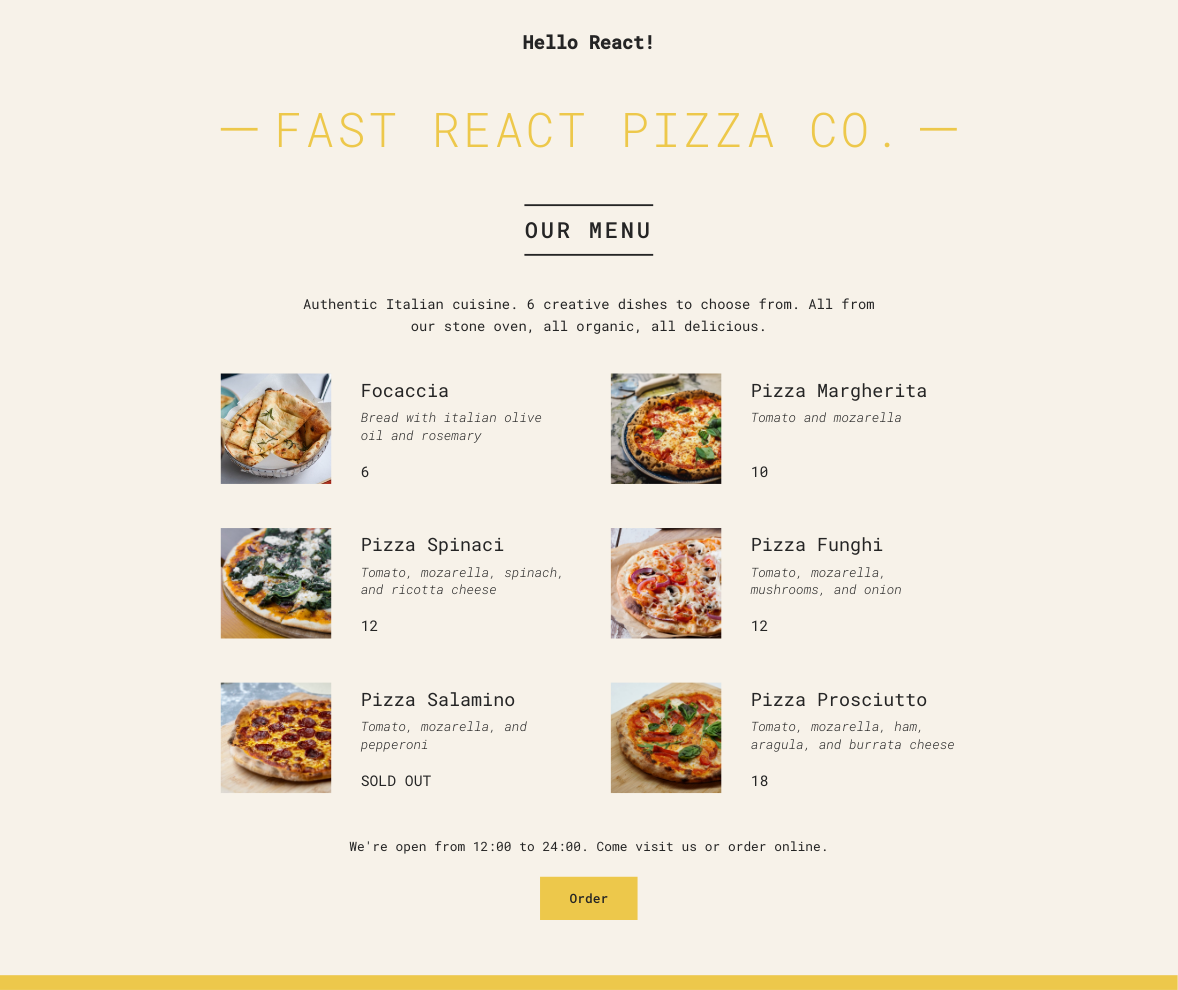
Repository: Alphosmart/03_pizza-menu
Page: /
An editor plug-in stored every save of this project. The page is shown before and after the next save, followed by the edit.
The browser window is 1280 px wide. The pictures show the whole page, at 92% of full size.
The project was rebuilt for these pictures with package versions that can differ from the ones it lists, and the page was loaded fresh each time.

Above is the page before, as saved 2024-06-18 00:46:15.

After the next save:
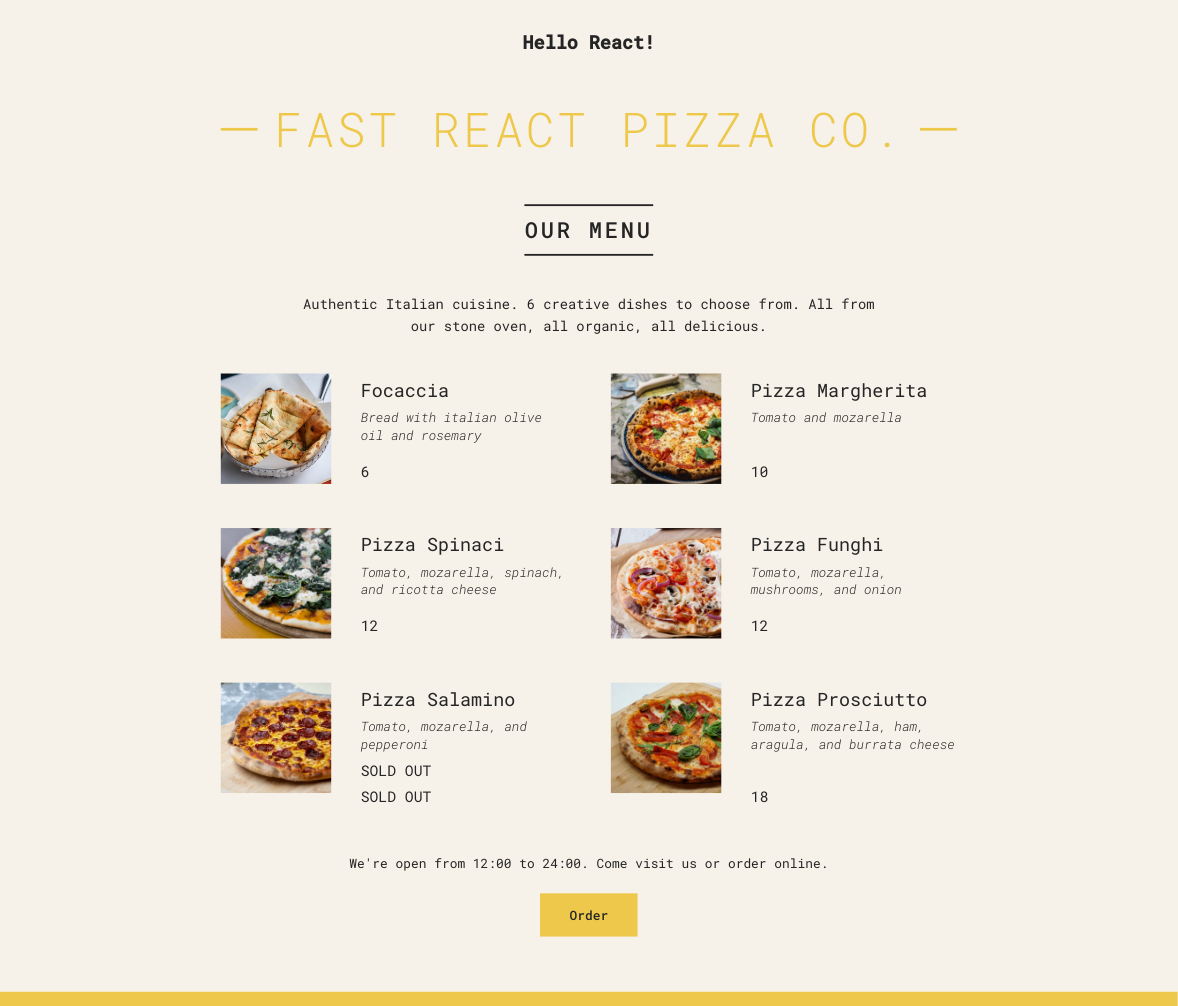
Saved 30 s later.
--- a/src/index.js
+++ b/src/index.js
@@ -111,6 +111,9 @@ function Pizza({ pizzaObj }) {
       <div>
         <h3>{pizzaObj.name}</h3>
         <p>{pizzaObj.ingredients}</p>
+
+        {pizzaObj.soldOut && <span className="sold-out">SOLD OUT</span>}
+
         <span>{pizzaObj.soldOut ? "SOLD OUT" : pizzaObj.price}</span>
       </div>
     </li>
